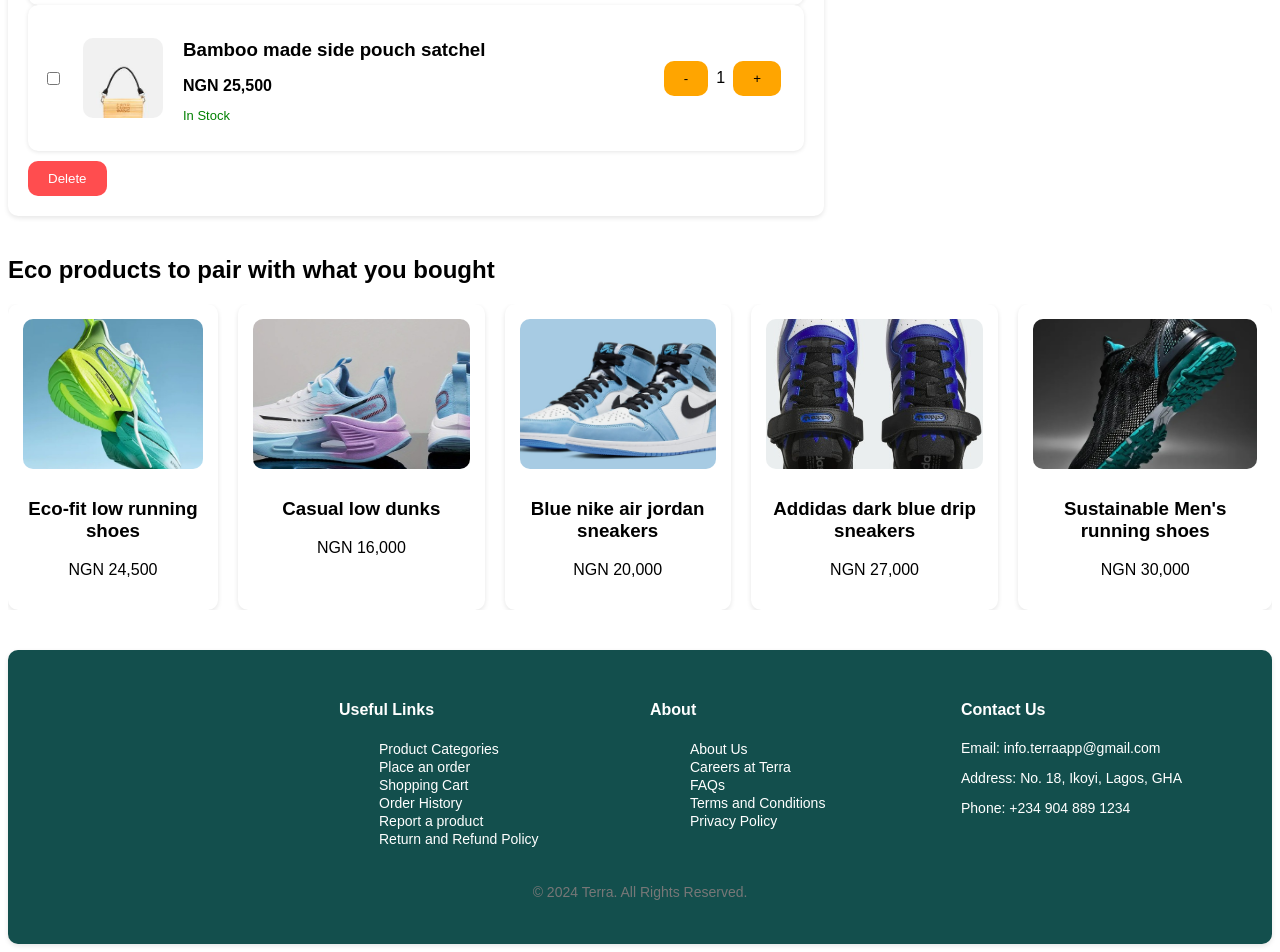
Repository: Femi007-gh/e-commerce
Page: index.html
An editor plug-in stored every save of this project. The page is shown before and after a run of saves, followed by the edit.
The browser window is 1280 px wide. The pictures show the part of the page from y = 1080 to 2032 px (the page is 2032 px tall).
A picture or video elsewhere on the page could not be fetched, so the positions and the page height are approximate.

Above is the page before, as saved 2025-04-29 10:01:42.

After the next 3 saves:
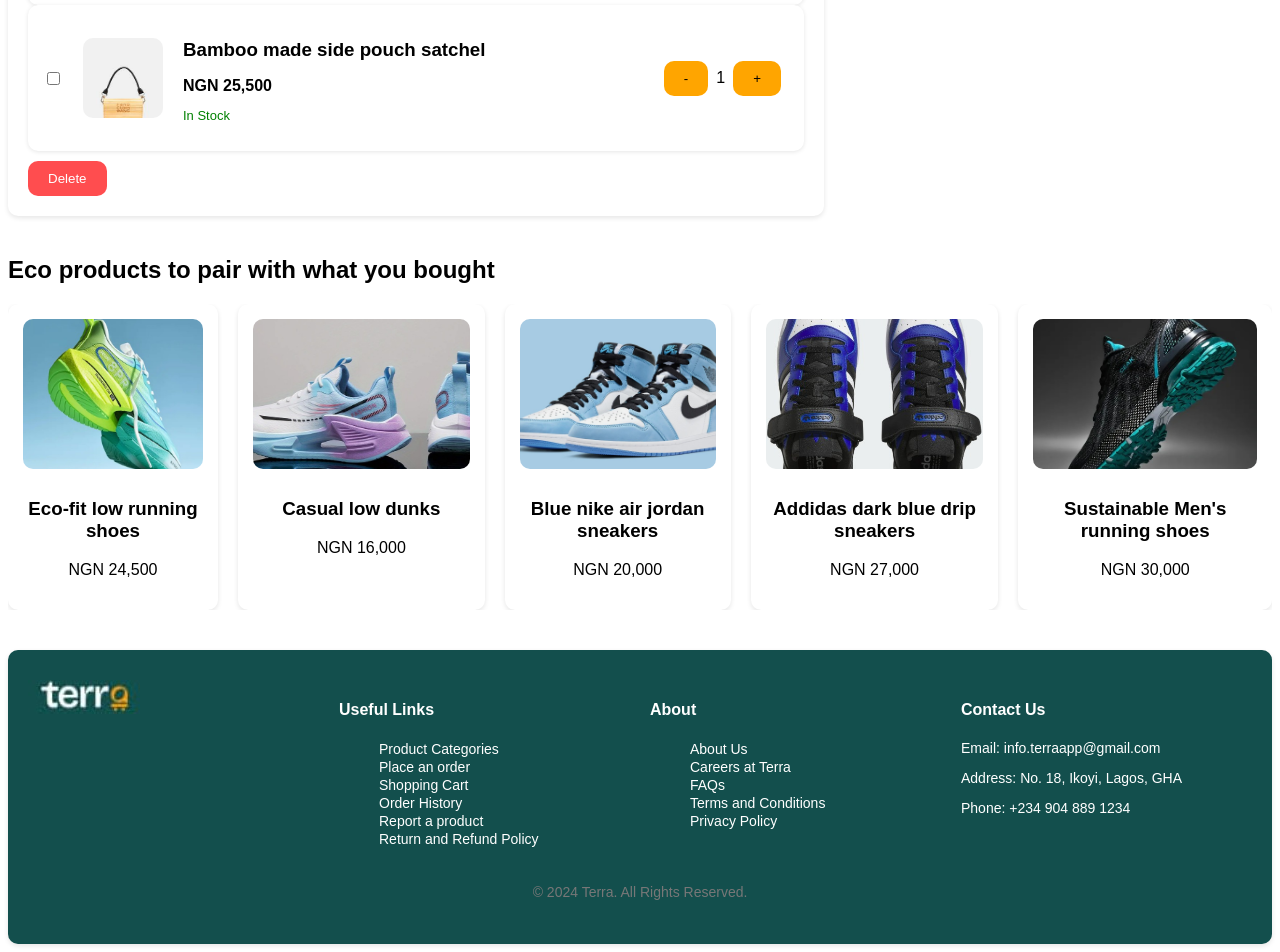
The 3 saves are shown as one change because they came seconds apart.
The last was saved 9 s later.
--- a/index.html
+++ b/index.html
@@ -148,7 +148,7 @@
 
 <footer class="footer">
   <div class="footer-top">
-    <div class="footer-logo"><img></div>
+    <div class="footer-logo"><img src="a.jpg"></div>
     <div class="footer-links">
       <h4>Useful Links</h4>
       <ul>
